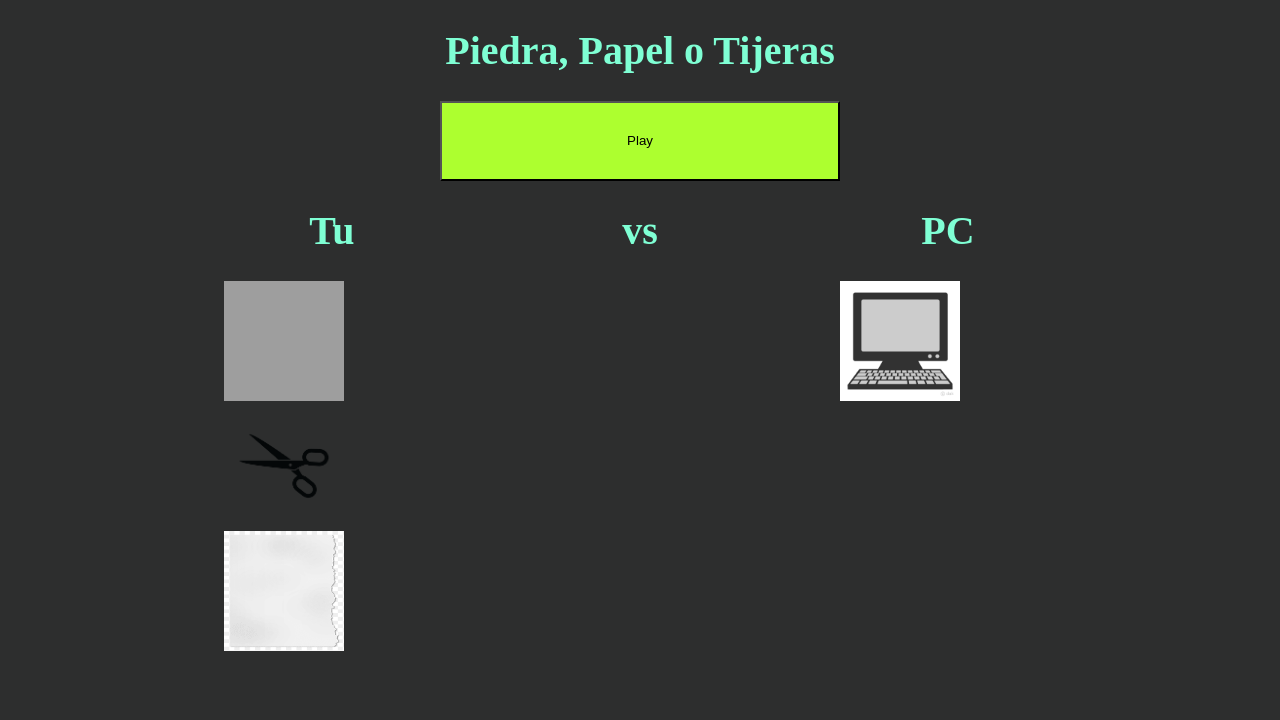
Repository: Kevin8548/FundamentosJS
Page: scissors.html
An editor plug-in stored every save of this project. The page is shown before and after the next save, followed by the edit.
The browser window is 1280 px wide. The pictures show the whole page.
After loading, the first visible `img.choice` was clicked once.
Pictures or frames that could not be fetched are drawn as grey boxes.

Above is the page before, as saved 2024-09-23 13:48:50.

### scissors.html
<!DOCTYPE html>
<html lang="en">
<head>
    <meta charset="UTF-8">
    <meta name="viewport" content="width=device-width, initial-scale=1.0">
    <title>Piedra, Papel o Tijeras</title>
    <link rel="stylesheet" href="style.css">
</head>
<body>
    <div class="content">
        <h1>Piedra, Papel o Tijeras</h1>
        <div class="parent">
            <div class="div1">
                <button id="playBtn">Play</button>
            </div>

            <div class="div2">
                <h1>Tu</h1>
                <div class="choices">
                    <img src="img/piedra.jpeg" alt="Piedra" class="choice" data-choice="piedra">
                    <img src="img/tijera.webp" alt="Tijeras" class="choice" data-choice="tijeras">
                    <img src="img/papel.png" alt="Papel" class="choice" data-choice="papel">
                </div>
                <img id="userChoiceImage" src="" alt="Selección del usuario" style="display: none;">
            </div>

            <div class="div3"><h1>vs</h1></div>

            <div class="div4">
                <h1>PC</h1>
                <img src="img/2775.png" alt="">
            </div>

            <div class="div5" id="result"></div>
        </div>
    </div>
    <script src="./concepts/scissors.js" class="si"></script>
</body>
</html>

### style.css
.parent {
display:grid ;
grid-template-columns: repeat(5, 1fr);
grid-template-rows: repeat(1.5, 1fr);
grid-column-gap: 0px;
grid-row-gap: 0px;
}

.div1 { grid-area: 1 / 3 / 2 / 4; }
.div2 { grid-area: 3 / 2 / 4 / 3; }
.div3 { grid-area: 3 / 3 / 4 / 4; }
.div4 { grid-area: 3 / 4 / 4 / 5; }
.div5 { grid-area: 5 / 3 / 6 / 4; }

h1{
text-align: center;
}

img{
width: 120px;
height: 120px;
cursor: pointer;
}

body{
background-color: rgb(45, 46, 46);
color: aquamarine;
font-size: 20px;
}

button {
    background-color: greenyellow;
    width: 400px;
    height: 80px;
    cursor: pointer;
}

### concepts/scissors.js
const btnPlay = document.getElementById('playBtn');
const divUser = document.querySelector('.div2');
const divMaq = document.querySelector('.div4');
const resultDiv = document.getElementById('result');
const userChoiceImage = document.getElementById('userChoiceImage');
const pcChoiceImage = document.getElementById('pcChoiceImage');

let userChoice = '';

const choices = document.querySelectorAll('.choice');
choices.forEach(choice => {
    choice.addEventListener('click', () => {
        userChoice = choice.dataset.choice;
    });
});


btnPlay.addEventListener('click', () => {
    if (!userChoice) {
        alert('Por favor, selecciona piedra, papel o tijeras primero.');
        return;
    }

    const options = ['piedra', 'papel', 'tijeras'];
    const aleatorio = Math.floor(Math.random() * 3);
    const choiceMaq = options[aleatorio];


pcChoiceImage.src = `img/${choiceMaq}.jpeg`; // Asegúrate de que las imágenes estén correctamente nombradas
pcChoiceImage.alt = choiceMaq.charAt(0).toUpperCase() + choiceMaq.slice(1);
pcChoiceImage.style.display = 'block'; // Mostrar la imagen

divUser.innerHTML = `<h1>Tu elegiste: ${userChoice}</h1>`;
divMaq.innerHTML = `<h1>La máquina eligió: ${choiceMaq}</h1>`;

    if (userChoice === choiceMaq) {
        resultDiv.innerText = "¡Es un empate!";
    } else if (
        (userChoice === 'piedra' && choiceMaq === 'tijeras') ||
        (userChoice === 'papel' && choiceMaq === 'piedra') ||
        (userChoice === 'tijeras' && choiceMaq === 'papel')
    ) {
        resultDiv.innerText = "¡Tú ganas!";
    } else {
        resultDiv.innerText = "¡La máquina gana!";
    }
});

After the next save:
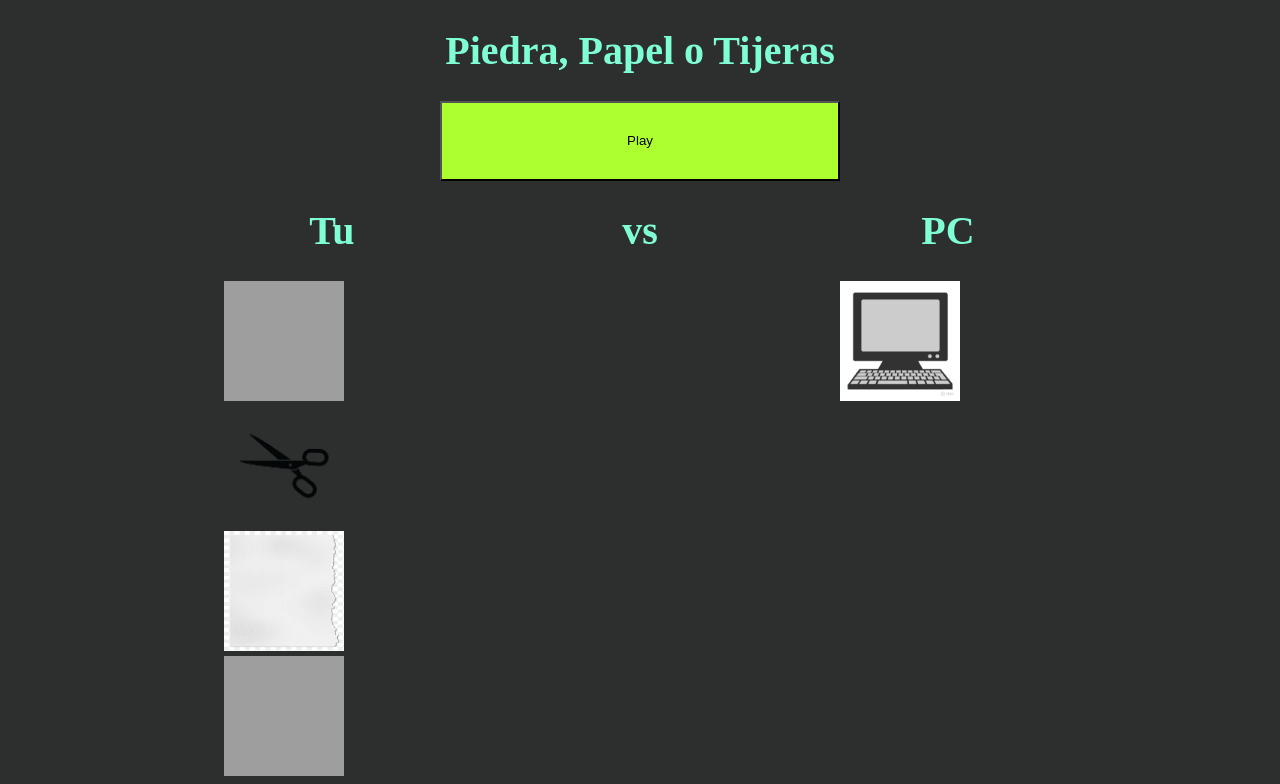
Saved 52 s later.
--- a/concepts/scissors.js
+++ b/concepts/scissors.js
@@ -10,10 +10,12 @@ let userChoice = '';
 const choices = document.querySelectorAll('.choice');
 choices.forEach(choice => {
     choice.addEventListener('click', () => {
-        userChoice = choice.dataset.choice;
+        userChoice = choice.dataset.choice; // Obtener la elección del data-attribute
+        userChoiceImage.src = choice.src; // Mostrar la imagen seleccionada
+        userChoiceImage.alt = userChoice.charAt(0).toUpperCase() + userChoice.slice(1);
+        userChoiceImage.style.display = 'block'; // Mostrar la imagen
     });
 });
-
 
 btnPlay.addEventListener('click', () => {
     if (!userChoice) {
@@ -25,14 +27,15 @@ btnPlay.addEventListener('click', () => {
     const aleatorio = Math.floor(Math.random() * 3);
     const choiceMaq = options[aleatorio];
 
+    // Mostrar la elección de la máquina
+    pcChoiceImage.src = `img/${choiceMaq}.jpeg`; // Asegúrate de que las imágenes estén correctamente nombradas
+    pcChoiceImage.alt = choiceMaq.charAt(0).toUpperCase() + choiceMaq.slice(1);
+    pcChoiceImage.style.display = 'block'; // Mostrar la imagen
 
-pcChoiceImage.src = `img/${choiceMaq}.jpeg`; // Asegúrate de que las imágenes estén correctamente nombradas
-pcChoiceImage.alt = choiceMaq.charAt(0).toUpperCase() + choiceMaq.slice(1);
-pcChoiceImage.style.display = 'block'; // Mostrar la imagen
+    divUser.innerHTML = `<h1>Tu elegiste: ${userChoice}</h1>`;
+    divMaq.innerHTML = `<h1>La máquina eligió: ${choiceMaq}</h1>`;
 
-divUser.innerHTML = `<h1>Tu elegiste: ${userChoice}</h1>`;
-divMaq.innerHTML = `<h1>La máquina eligió: ${choiceMaq}</h1>`;
-
+    // Comparaciones para determinar el ganador
     if (userChoice === choiceMaq) {
         resultDiv.innerText = "¡Es un empate!";
     } else if (
